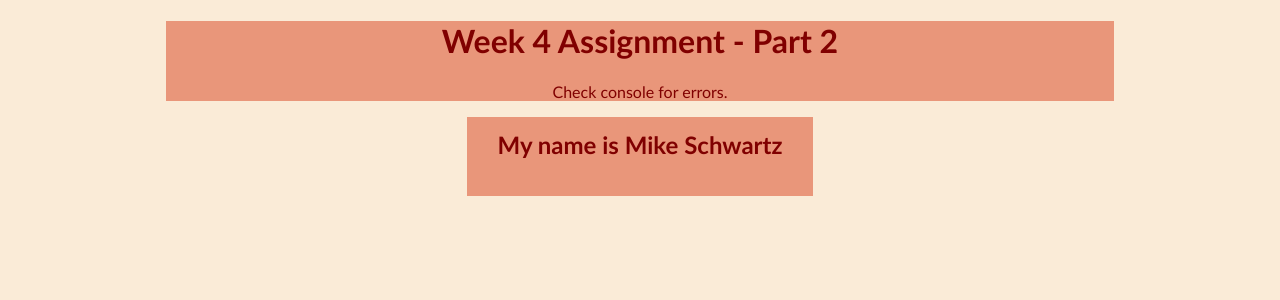
Repository: Ellusionism/prime-pw-week-4-assignment-part-2
Page: assignment/index.html
An editor plug-in stored every save of this project. The page is shown before and after the next save, followed by the edit.
The browser window is 1280 px wide. The pictures show the whole page.

Above is the page before, as saved 2022-11-16 18:01:00.

After the next save:
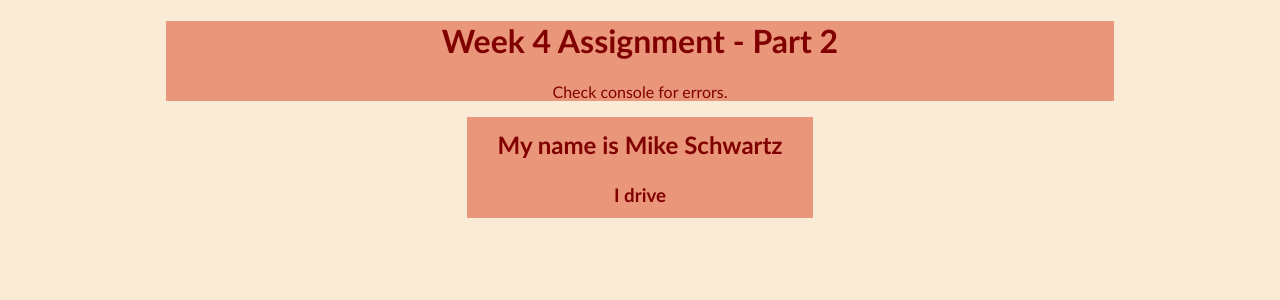
Saved 30 s later.
--- a/assignment/index.html
+++ b/assignment/index.html
@@ -15,6 +15,6 @@
   <div>
     <h2 class="info"> My name is Mike Schwartz </h2>
   </div>
-  <h3 class="info"></h3>
+  <h3 class="info">I drive </h3>
   </body>
 </html>
